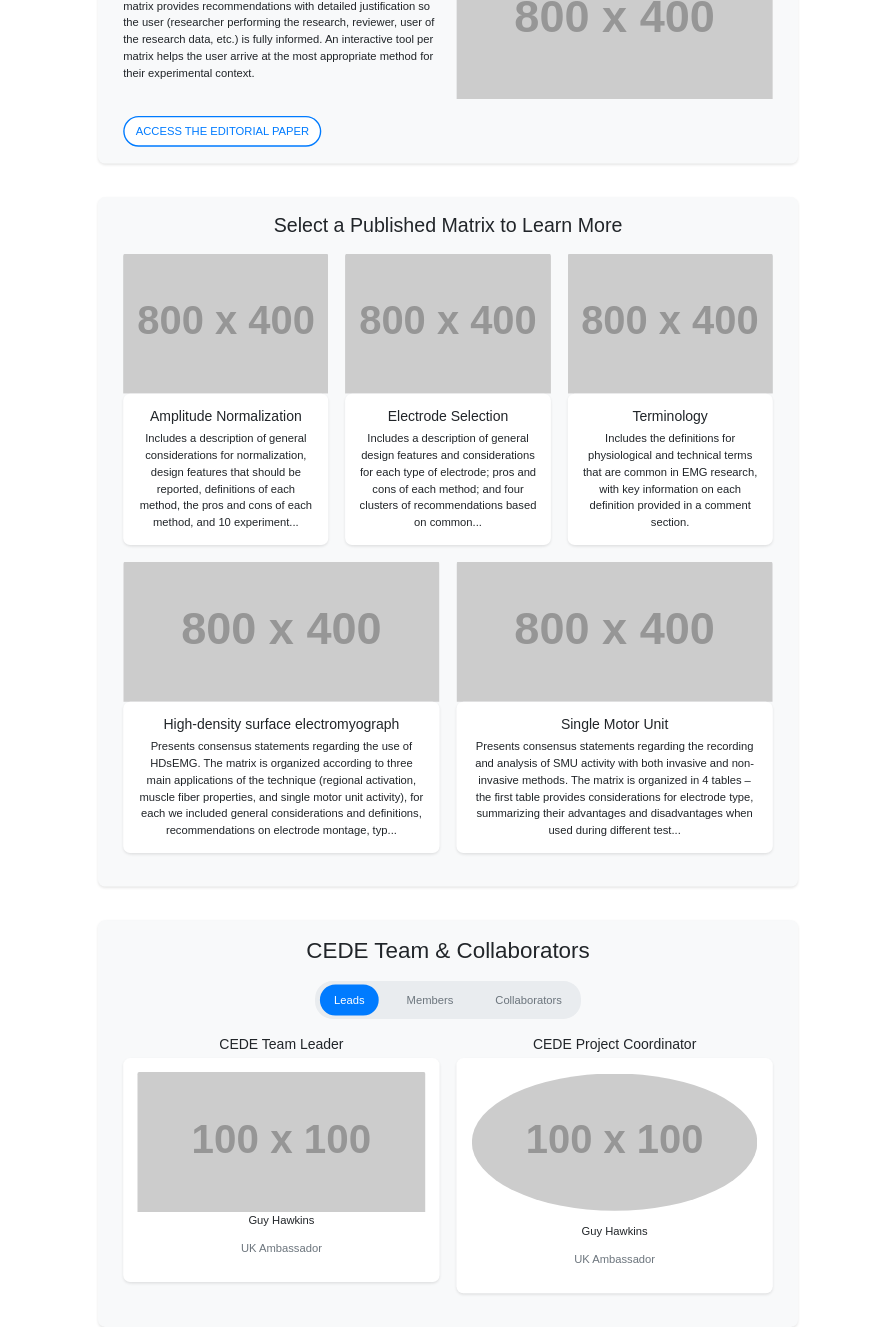
Repository: devashrisamani/CEDE-Website
Page: website/index.html
An editor plug-in stored every save of this project. The page is shown before and after the next save, followed by the edit.
The browser window is 1280 px wide. The pictures show the part of the page from y = 1031 to 2951 px (the page is 2927 px tall before and 2951 px after), at 70% of full size.

Above is the page before, as saved 2024-06-26 12:11:34.
Console error: TypeError: Cannot read properties of null (reading 'addEventListener')

After the next save:
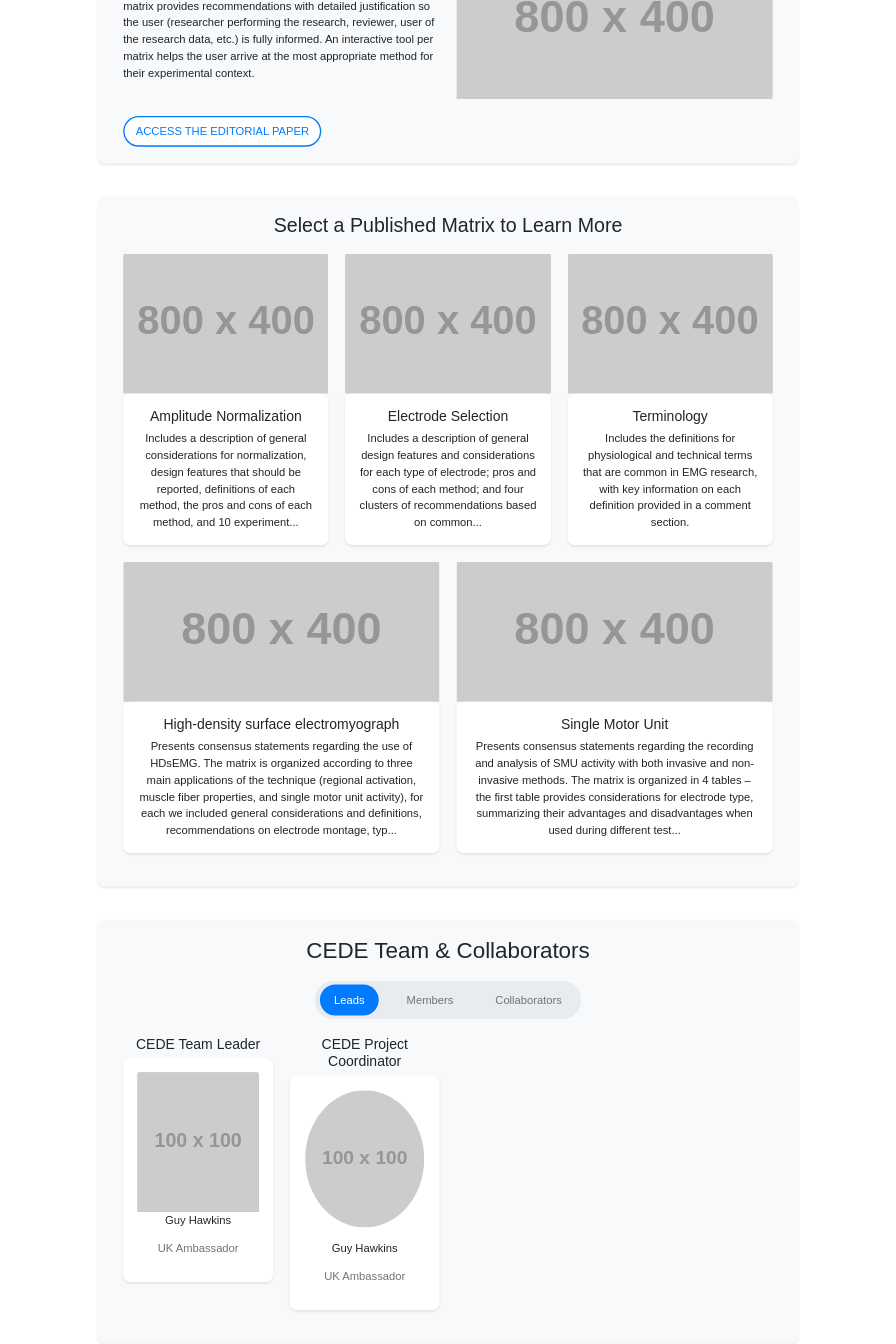
Saved 9 min 28 s later.
--- a/website/index.html
+++ b/website/index.html
@@ -417,9 +417,9 @@
         </div>
         <div id="leads" class="team-section">
           <div class="row text-center">
-            <div class="col-md-6 mb-4">
+            <div class="col-md-3 mb-4">
               <h5 class="font-weight-bold">CEDE Team Leader</h5>
-              <div class="card">
+              <div class="card custom-card">
                 <div class="card-body">
                   <img
                     src="https://via.placeholder.com/100"
@@ -432,9 +432,9 @@
                 </div>
               </div>
             </div>
-            <div class="col-md-6 mb-4">
+            <div class="col-md-3 mb-4">
               <h5 class="font-weight-bold">CEDE Project Coordinator</h5>
-              <div class="card">
+              <div class="card custom-card">
                 <div class="card-body">
                   <img
                     src="https://via.placeholder.com/100"
@@ -451,9 +451,9 @@
         </div>
         <div id="members" class="team-section d-none">
           <div class="row text-center">
-            <div class="col-md-6 mb-4">
+            <div class="col-md-3 mb-4">
               <h5 class="font-weight-bold">CEDE Member</h5>
-              <div class="card">
+              <div class="card custom-card">
                 <div class="card-body">
                   <img
                     src="https://via.placeholder.com/100"
@@ -466,9 +466,9 @@
                 </div>
               </div>
             </div>
-            <div class="col-md-6 mb-4">
+            <div class="col-md-3 mb-4">
               <h5 class="font-weight-bold">CEDE Member</h5>
-              <div class="card">
+              <div class="card custom-card">
                 <div class="card-body">
                   <img
                     src="https://via.placeholder.com/100"
@@ -485,9 +485,9 @@
         </div>
         <div id="collaborators" class="team-section d-none">
           <div class="row text-center">
-            <div class="col-md-6 mb-4">
+            <div class="col-md-3 mb-4">
               <h5 class="font-weight-bold">CEDE Collaborator</h5>
-              <div class="card">
+              <div class="card custom-card">
                 <div class="card-body">
                   <img
                     src="https://via.placeholder.com/100"
@@ -500,9 +500,9 @@
                 </div>
               </div>
             </div>
-            <div class="col-md-6 mb-4">
+            <div class="col-md-3 mb-4">
               <h5 class="font-weight-bold">CEDE Collaborator</h5>
-              <div class="card">
+              <div class="card custom-card">
                 <div class="card-body">
                   <img
                     src="https://via.placeholder.com/100"

After the save that followed:
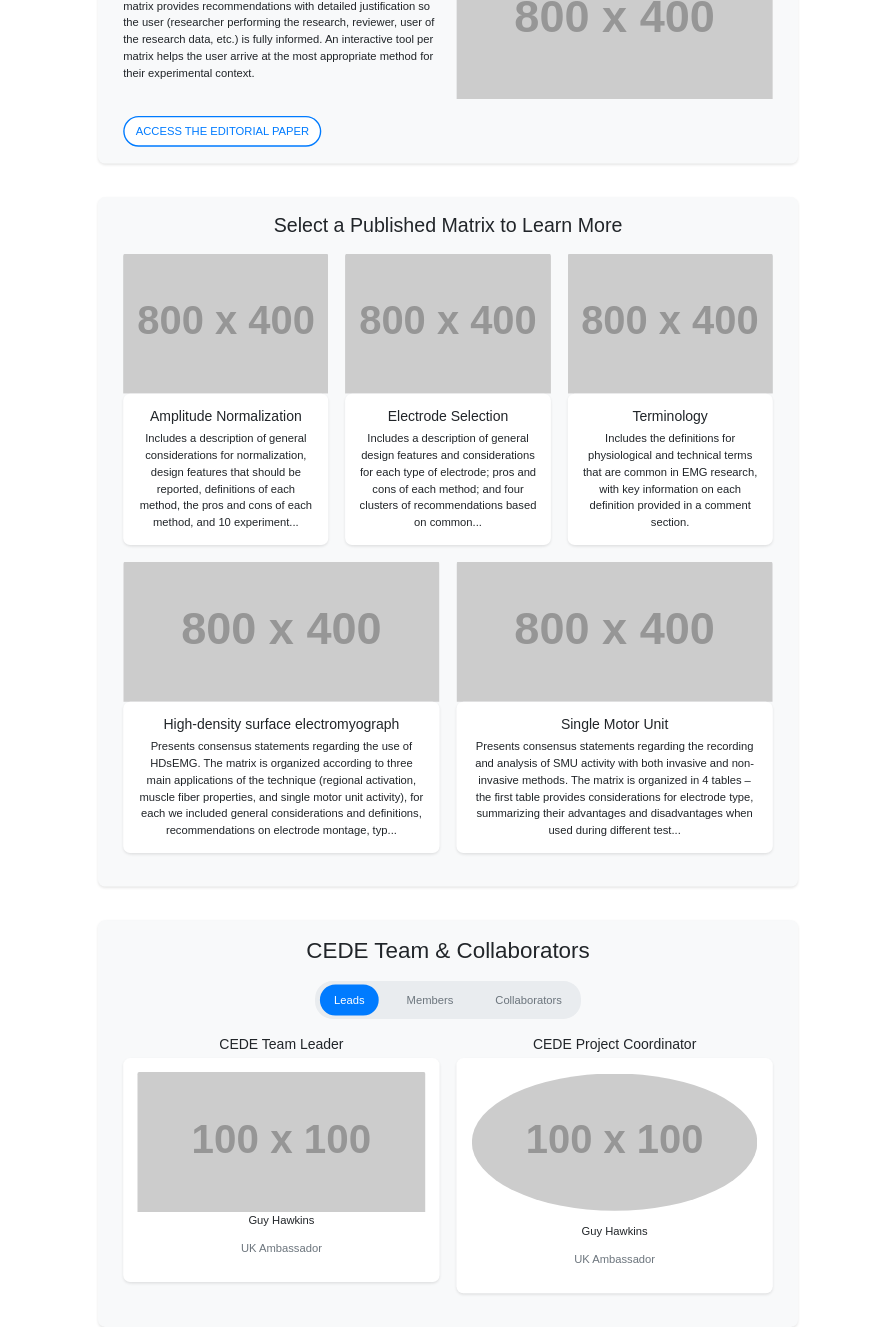
Saved 60 s later.
--- a/website/index.html
+++ b/website/index.html
@@ -417,9 +417,9 @@
         </div>
         <div id="leads" class="team-section">
           <div class="row text-center">
-            <div class="col-md-3 mb-4">
+            <div class="col-md-6 mb-4">
               <h5 class="font-weight-bold">CEDE Team Leader</h5>
-              <div class="card custom-card">
+              <div class="card">
                 <div class="card-body">
                   <img
                     src="https://via.placeholder.com/100"
@@ -432,9 +432,9 @@
                 </div>
               </div>
             </div>
-            <div class="col-md-3 mb-4">
+            <div class="col-md-6 mb-4">
               <h5 class="font-weight-bold">CEDE Project Coordinator</h5>
-              <div class="card custom-card">
+              <div class="card">
                 <div class="card-body">
                   <img
                     src="https://via.placeholder.com/100"
@@ -451,9 +451,9 @@
         </div>
         <div id="members" class="team-section d-none">
           <div class="row text-center">
-            <div class="col-md-3 mb-4">
+            <div class="col-md-6 mb-4">
               <h5 class="font-weight-bold">CEDE Member</h5>
-              <div class="card custom-card">
+              <div class="card">
                 <div class="card-body">
                   <img
                     src="https://via.placeholder.com/100"
@@ -466,9 +466,9 @@
                 </div>
               </div>
             </div>
-            <div class="col-md-3 mb-4">
+            <div class="col-md-6 mb-4">
               <h5 class="font-weight-bold">CEDE Member</h5>
-              <div class="card custom-card">
+              <div class="card">
                 <div class="card-body">
                   <img
                     src="https://via.placeholder.com/100"
@@ -485,9 +485,9 @@
         </div>
         <div id="collaborators" class="team-section d-none">
           <div class="row text-center">
-            <div class="col-md-3 mb-4">
+            <div class="col-md-6 mb-4">
               <h5 class="font-weight-bold">CEDE Collaborator</h5>
-              <div class="card custom-card">
+              <div class="card">
                 <div class="card-body">
                   <img
                     src="https://via.placeholder.com/100"
@@ -500,9 +500,9 @@
                 </div>
               </div>
             </div>
-            <div class="col-md-3 mb-4">
+            <div class="col-md-6 mb-4">
               <h5 class="font-weight-bold">CEDE Collaborator</h5>
-              <div class="card custom-card">
+              <div class="card">
                 <div class="card-body">
                   <img
                     src="https://via.placeholder.com/100"
